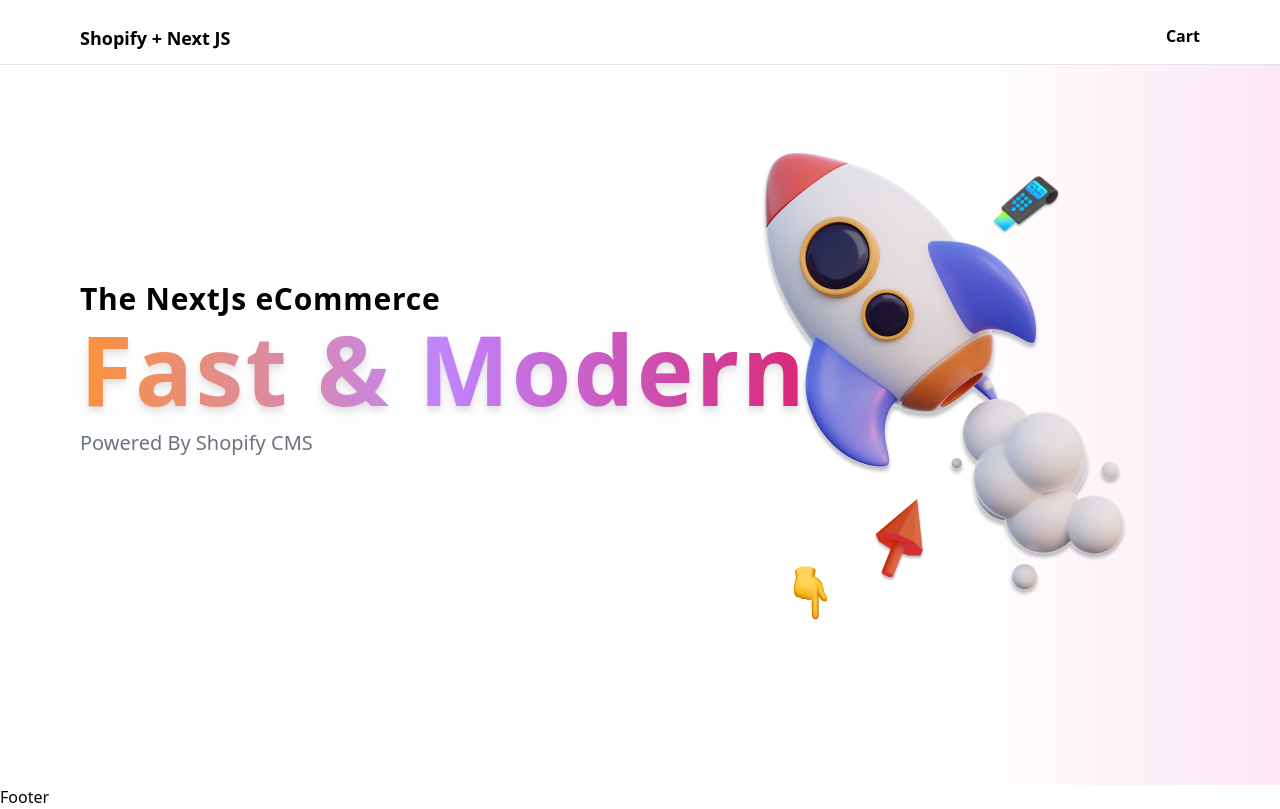
Repository: Krishna-bansall/store
Page: /
An editor plug-in stored every save of this project. The page is shown before and after a run of saves, followed by the edit.
The browser window is 1280 px wide. The pictures show the whole page.
The project was rebuilt for these pictures with package versions that can differ from the ones it lists, and the page was loaded fresh each time. The framework's server and built-in components were replaced by stand-ins that run in the browser. Also part of the build but not shown: next.config.js, utils/helpers.js, components/ProductCard.js, components/ProductList.js.

Above is the page before, as saved 2022-04-10 18:09:42.

After the next 2 saves:
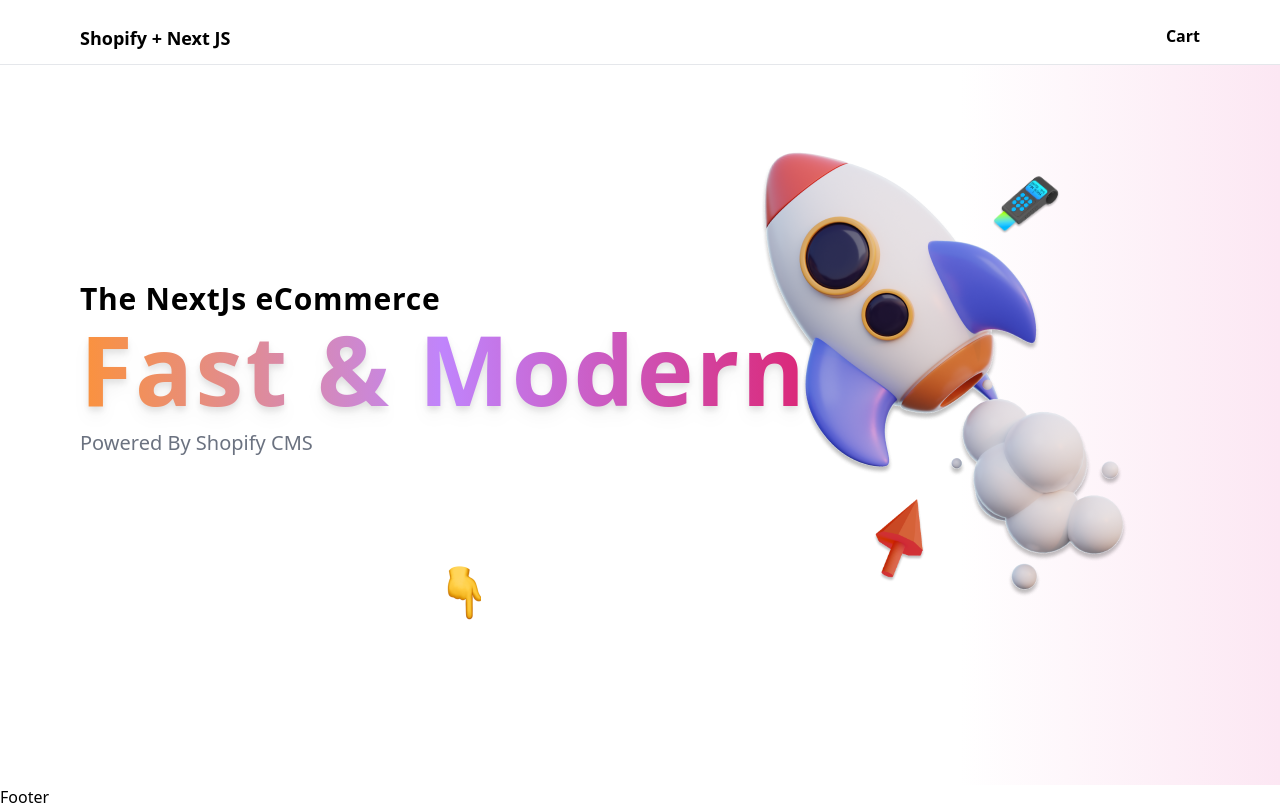
The 2 saves are shown as one change because they came seconds apart.
The last was saved 13 s later.
--- a/components/HeroSection.js
+++ b/components/HeroSection.js
@@ -57,7 +57,7 @@
           </div>
         </div>
         <div className="col-start-2 row-start-3 flex items-center justify-center md:col-start-1">
-          <div className="w-10 md:ml-auto">
+          <div className="w-10 md:ml-4">
             <Image src={down} alt="down" />
           </div>
         </div>
